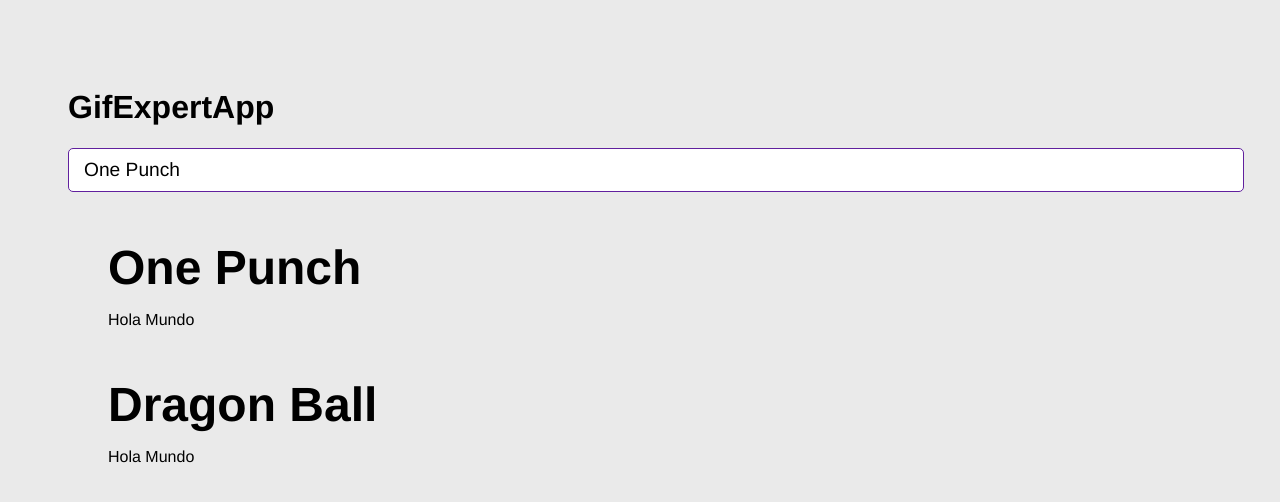
Repository: bryanesteban/gif-expert-app
Page: /
An editor plug-in stored every save of this project. The page is shown before and after the next save, followed by the edit.
The browser window is 1280 px wide. The pictures show the whole page.
The project was rebuilt for these pictures with package versions that can differ from the ones it lists, and the page was loaded fresh each time. Also part of the build but not shown: vite.config.js.

Above is the page before, as saved 2024-06-13 23:32:55.

### src/main.jsx
import React from 'react'
import ReactDOM from 'react-dom/client'
import { GifExpertApp } from './GifExpertApp'

import './styles.css';

ReactDOM.createRoot(document.getElementById('root')).render(
  <React.StrictMode>
    <GifExpertApp />
  </React.StrictMode>,
)

### src/GifExpertApp.jsx
import { useState } from "react";
import { AddCategory } from "./components/AddCategory";
import { GifGrid } from "./components/GifGrid";


export const GifExpertApp = () => {




    const [ categories , setCategories ] = useState([ 'One Punch', 'Dragon Ball']);

    const onAddCategory = ( newCategory ) => {

        if(categories.includes(newCategory) ) return ;
        setCategories([...categories,newCategory]);

        // setCategories(cat => [...cat,'Fullmetal Alchemist']);
    }

    return (
    <>

    <h1>GifExpertApp</h1>

    <AddCategory
        // setCategories={ setCategories }
        onNewCategory={ event => onAddCategory(event)}
    />


    <ol>
        { categories.map( ( category ) => (
                <GifGrid
                    key={ category }
                    category={category}/>

            ))
        }

    </ol>

    </>
  )
};

### src/components/AddCategory.jsx
import { useState } from "react";
// import PropTypes from 'prop-types';

export  const AddCategory = ( { onNewCategory } ) =>{


   const [inputValue, setInputValue] = useState('One Punch');

    const onInputChange= ({target}) => {
        setInputValue(target.value);
    }

    const onsubmit =( event ) => {
        event.preventDefault();

        if(inputValue.trim().length <= 1 ) return;

        // setCategories(categories => [inputValue, ...categories] );
        onNewCategory( inputValue.trim() );
        setInputValue('');
    }

    return (
        <form onSubmit={(event) => onsubmit(event)}>

        <input
            type="text"
            placeholder="Buscar Gifs"
            value={ inputValue }
            onChange={ (event) =>  onInputChange(event) }
            />
        </form>

    )
}

### src/components/GifGrid.jsx

export const GifGrid = ( { category } ) => {
    return (
       <>
            <h3> { category } </h3>
            <p>Hola Mundo</p>
       </>
    )
}

Loaded but not shown: index.html (common file); src/styles.css (common file)

After the next save:
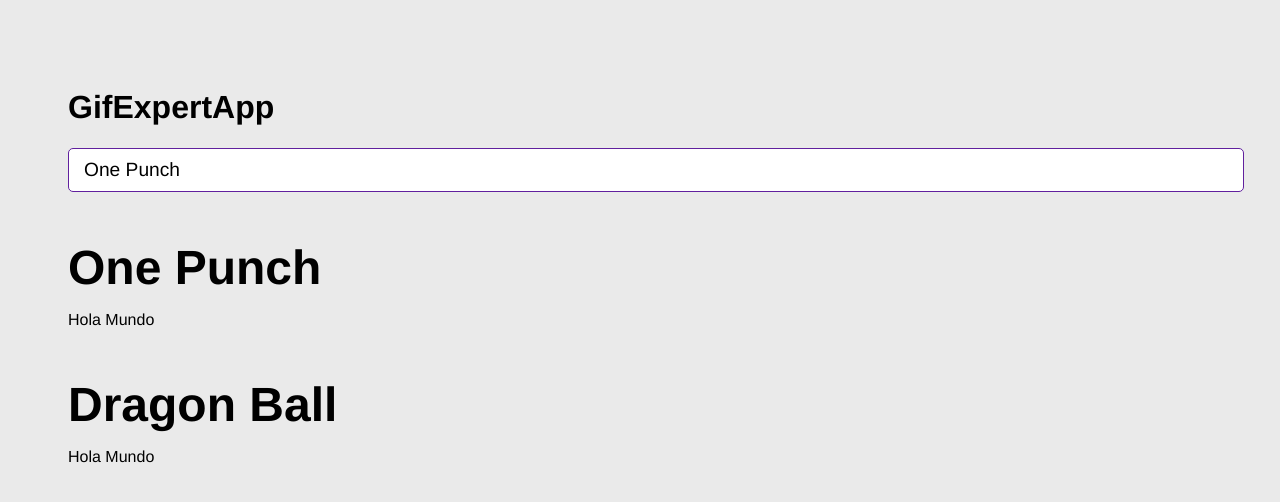
Saved 18 s later.
--- a/src/GifExpertApp.jsx
+++ b/src/GifExpertApp.jsx
@@ -29,7 +29,7 @@
     />
 
 
-    <ol>
+    <>
         { categories.map( ( category ) => (
                 <GifGrid
                     key={ category }
@@ -38,7 +38,7 @@
             ))
         }
 
-    </ol>
+    </>
 
     </>
   )
